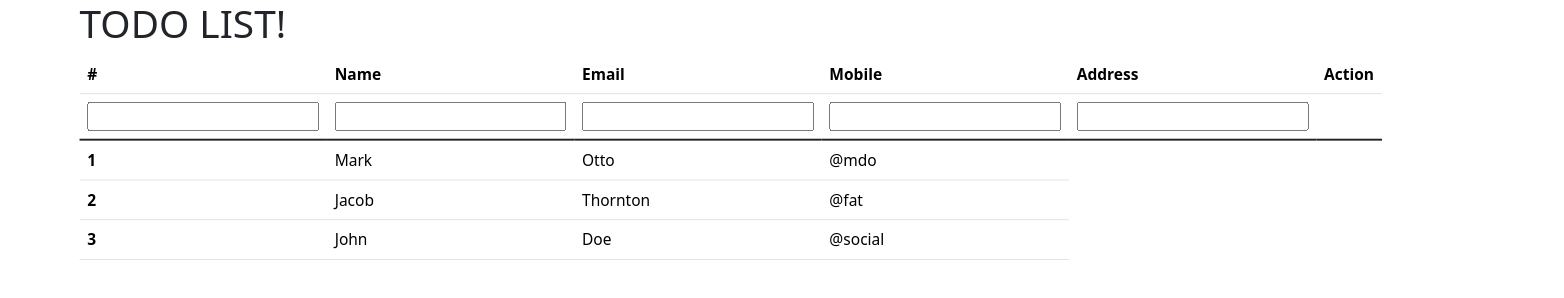
Repository: faizrehmandeveloper-spec/mern
Page: js/todo.html
These files come from the project's save history. The page is drawn as it stood at one moment and after the next save; the edit follows.
The browser window is 1280 px wide. The page is 1425 px wide, then 1612 px, so the pictures cover 1612 px, including what lies to the right of the window. The pictures show the whole page, at 97% of full size.

Above is the page before, as saved 2026-06-25 11:34:54.

After the next save:
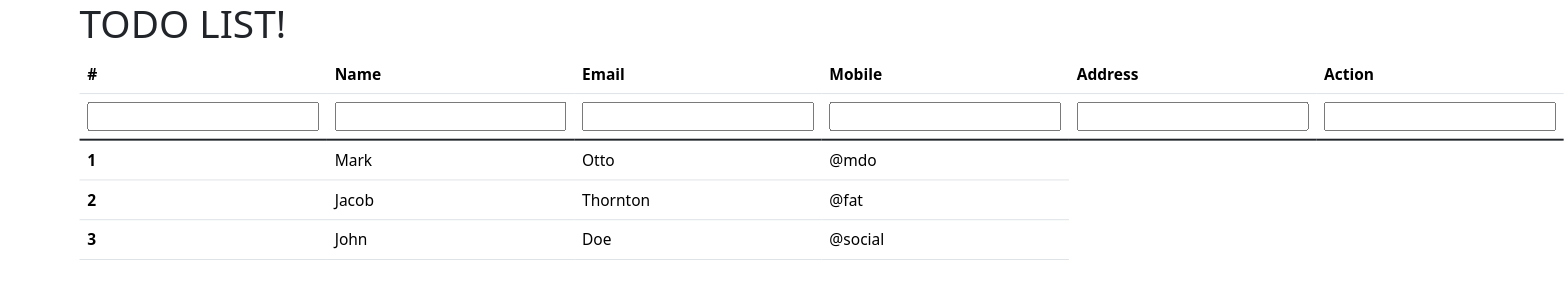
Saved 9 s later.
--- a/js/todo.html
+++ b/js/todo.html
@@ -23,6 +23,7 @@
                     <th scope="col">Action</th>
                 </tr>
                 <tr>
+                    <th><input type="text" id="name"></th>
                     <th><input type="text" id="name"></th>
                     <th><input type="text" id="name"></th>
                     <th><input type="text" id="name"></th>
